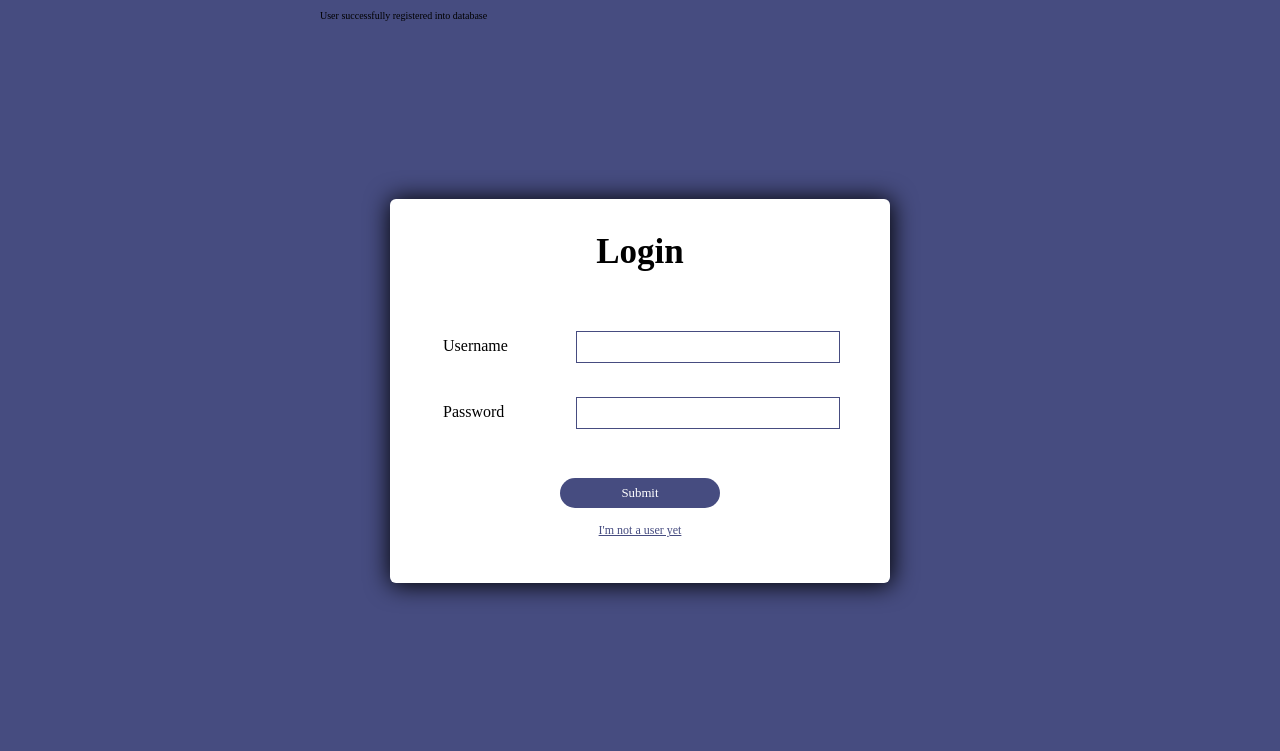
Repository: ivanmirandastavenuiter/jsp-raw-crud
Page: http://localhost/CH33TZ/index.jsp
The author's editor kept a copy of each file at every save. The page is drawn from the files as they stood at one save, then again after the next save.
The browser window is 1280 px wide. The pictures show the whole page.
Some web fonts or font styles are not loaded; a fallback is used. The page is served by Tomcat 9. Other server files are loaded and not shown.

Above is the page before, as saved 2020-05-12 14:39:59.

### CH33TZ/WebContent/index.jsp
<%@ page language="java" contentType="text/html; charset=UTF-8"
    pageEncoding="UTF-8" %>
<%@ page import="java.sql.Statement" %>
<%@ page import="java.sql.ResultSet" %>
<%@ page import="java.sql.DriverManager" %>
<%@ page import="java.sql.Connection" %>
<%@ page import="java.sql.PreparedStatement" %>
<%@ page import="java.util.logging.Logger" %>
<%@ page import="java.util.Map, java.util.HashMap" %>
<%@ page import="java.util.Collection" %>
<%@ page import="java.util.Set" %>
<%@ page import="java.util.Set" %>
<%@ taglib uri = "http://java.sun.com/jsp/jstl/core" prefix = "c" %>
<!DOCTYPE html>
<html>
<head>
<meta charset="UTF-8">
<title>Login</title>
<link href="https://fonts.googleapis.com/css?family=Merriweather&display=swap" rel="stylesheet">
<script type="module" src="Validations/ValidationLogin.mjs"></script>
<style>

	body {
		background: #464c80;
		margin: 0;
		padding: 0;
		height: 100vh;
		width: 100vw;
		font-size: 62.5%; /* This is equivalent to 10px */
		font-family: 'Merriweather', serif;
	}

	div.main-container-div {
		height: 100%;
	}

	div.register-result-container {

	}

	div.register-result-message {
		width: 50%;
		margin: 0 auto;

	}

	div.main-content-div {
		height: 100%;
		display: flex;
		justify-content: center;
		align-items: center;
	}

	div.form-container-div {
		border-radius: 6px;
		background: #fff;
		width: 500px;
		box-shadow: 1px 1px 25px 1px #000;
	}

	div.form-container-div form {
		padding: 10px 30px 30px 30px;
		font-size: 1.6em;
	}

	div.form-container-div .login-div {
		padding: 10px;
		text-align: center;
		border-radius: 5px 5px 0 0;
	}

	div.user-not-found-div {
		width: 400px;
		margin: 0 auto;
		opacity: 0; /* To 1 */
		transition: opacity .5s linear;
		font-size: 1.6em;
		height: 0; /* To auto */
	}

	p.user-not-found {
		margin: 0 auto;
		padding: 0; /* To 5 */
		width: 63%;
		font-size: .7em;
		border: 1px solid #e21010;
		color: #e21010;
		text-align: center;
		height: 0; /* To auto */
	}

	div.form-container-div .login-div h1 {
		font-size: 3.5em;
	}

	/* Inside form-container-div */

	.inputs-group-div {
		padding: 15px;
	}

	.inputs-group-div .input-div {
		width: 400px;
		display: flex;
		justify-content: space-between;
		align-items: center;
		margin: 0 auto;
	}

	.inputs-group-div .input-div .form-input {
		width: 63%;
		height: 20px;
		font-family: inherit;
		font-size: .8em;
		outline: none;
		border: 1px solid #464c80;
		padding: 5px;
	}

	.inputs-group-div div[class$="wrong-validation-div"] {
		display: flex;
		justify-content: flex-end;
		width: 400px;
		margin: 0 auto;
		opacity: 0;
		transition: opacity .5s linear;
	}

	.inputs-group-div div[class$="wrong-validation-div"] p {
		width: 63%;
		padding: 5px;
		font-size: .7em;
		border: 1px solid #e21010;
		color: #e21010;
	}

	.inputs-group-div .input-div label {
		height: 20px;
		padding: 3px;
	}

	.inputs-group-div .input-div .submit-btn {
		font-family: inherit;
		font-size: .8em;
		margin: 15px auto 5px auto;
		width: 40%;
		padding: 5px;
		color: #fff;
		background: #464c80;
		border-radius: 20px;
		height: 30px;
		border: none;
		transition: background-color .3s linear;
		outline: none;
	}

	.inputs-group-div .register-link-div {
		text-align: center;
	}

	.inputs-group-div .register-link-div span {
		font-size: 0.75em;
		display: block;
		margin-top: 10px;
	}

	.inputs-group-div .register-link-div span a {
	  	color: #464c80 !important;
	}

	/* Buttons, boxes and links interactions */

	.inputs-group-div .input-div .submit-btn:hover {
		background:#666dad;
	}

	.inputs-group-div .input-div .submit-btn:active {
		background: #272b50;
		transition: none;
		border: 1.5px solid #bfc4fd;
	}

	.inputs-group-div .input-div .form-input:focus {
		background: #d1d8f1;
		border: 1px solid #000;
	}

	.inputs-group-div .form-input:-internal-autofill-selected {
		background-color: #d1d8f1 !important;
		border: 1px solid #000 !important;
	}

	.inputs-group-div .input-div .submit-btn:focus {
		background: #272b50;
		transition: none;
		border: 1.5px solid #bfc4fd;
	}

	.inputs-group-div .register-link-div span a:visited,
	.inputs-group-div .register-link-div span a:active {
		color: inherit;
	}

</style>
</head>
<body>

	<c:set var = "contextPath" value="${pageContext.request.contextPath}" />

	<%

		Logger logger = Logger.getLogger(com.ch33tz.logger.JspLogger.class.getName());

		if (request.getMethod().equals("POST") && !(boolean)request.getAttribute("errors")) {

			logger.info("Starting validation on target page.");
			logger.info("POST request detected on target page. Applying validation against input data.");

			//Validation of the user input
			String username = request.getParameter("username");
			String password = request.getParameter("pass");
			String contextPath = "/";
			boolean validation = true;

			try {

				username = username != null ? username.trim() : null;
				password = password != null ? password.trim() : null;

				if (username == null || username.isEmpty()
						|| password == null || password.isEmpty()) {

					logger.info("Errors detected on target page. Proceeding to generate errors");

					Cookie usernameCookieError = null;
					Cookie passwordCookieError = null;

					if (username == null || username.isEmpty()) {
						logger.warning("Bad input for username. Populating cookie");
						usernameCookieError = new Cookie("username", "username");
						usernameCookieError.setMaxAge(1);
						response.addCookie(usernameCookieError);
						validation = false;
					}

					if (password == null || password.isEmpty() ) {
						logger.warning("Bad input for password. Populating cookie");
						passwordCookieError = new Cookie("password", "password");
						passwordCookieError.setMaxAge(1);
						response.addCookie(passwordCookieError);
						validation = false;
					}

				}

			} catch (Exception e) {

				logger.severe("Exception thrown on validation: " + e.getMessage());

			}

			if (validation) {

				Connection conn = null;
				PreparedStatement stmt = null;
				ResultSet rs = null;

				Map <String, String> userData = new HashMap<String, String>();

				try {

					// Driver registration gets autoloaded on JDBC 4.0 compliant versions:

					// * mysql-connector-java-5.1.36.jar version or higher
					// * jdk 6 or higher

					// However, it only gets loaded after second request. At least, in JSP.
					// This sentence is equivalent to: Class.forName("com.mysql.cj.jdbc.Driver")
					DriverManager.getDrivers();

					String sql = "SELECT * FROM user WHERE usUse = ? AND usPas = ?";
					conn = DriverManager.getConnection("jdbc:mysql://localhost:3306/ch33tz", "root", "");
					stmt = conn.prepareStatement(sql, ResultSet.TYPE_SCROLL_INSENSITIVE, ResultSet.CONCUR_READ_ONLY);
					stmt.setString(1, username);
					stmt.setString(2, password);
					rs = stmt.executeQuery();

					if (rs.first()) {

						logger.info("User found: " + rs.getString("usUse") + ". Populating user data.");

						userData.put("id", Integer.toString(rs.getInt("usId")));
						userData.put("name", rs.getString("usNam"));
						userData.put("surname", rs.getString("usSur"));
						userData.put("username", rs.getString("usUse"));
						userData.put("email", rs.getString("usEma"));

						logger.info("Redirecting to welcome page...");

						request.getSession().setAttribute("user", userData);
						response.sendRedirect(request.getContextPath() + "/JSP/welcome.jsp");

					} else {
						logger.warning("User not found. Populating cookie");
						logger.info("Returning to login form.");
						Cookie userNotFoundCookie = new Cookie("error", "user-not-found");
						userNotFoundCookie.setMaxAge(1);
						response.addCookie(userNotFoundCookie);
					}

				} catch (Exception e) {

					logger.severe("Main exception: " + e.getMessage());

				} finally {

					try {

						if (rs != null) {
							rs.close();
						}

						if (stmt != null) {
							stmt.close();
						}

						if (conn != null) {
							conn.close();
						}

					} catch(Exception e) {

						logger.severe("Nested exception: " + e.getMessage());

					}

				}

			}

		}

	%>

	<!-- Main container -->
	<div class="main-container-div">

		<!-- Errors container -->
		<div class="register-result-container">
			<div class="register-result-message">
				<p>User successfully registered into database</p>
				<c:if test="${ not empty message}">
					<p>${message}</p>
					<c:remove var="message" />
				</c:if>
			</div>
		</div>

		<!-- Main content -->
		<div class="main-content-div">

			<div class="form-container-div">

				<!-- Login div -->
				<div class="login-div">
					<h1>Login</h1>
				</div>

				<!-- User not found div -->
				<div class="user-not-found-div">
					<p class="user-not-found"></p>
				</div>

				<!-- Form -->
				<form name="loginForm" method="post">

					<div class="inputs-group-div">

						<!-- Input items -->
						<div class="input-div">
							<label for="username">Username</label>
							<input class="form-input" type="text" name="username"/>
						</div>

						<div class="username-wrong-validation-div">
							<p class="username-wrong-validation"></p>
						</div>

						<div class="input-div">
							<label for="pass">Password</label>
							<input class="form-input" type="password" name="pass"/>
						</div>

						<div class="password-wrong-validation-div">
							<p class="password-wrong-validation"></p>
						</div>

						<div class="input-div">
							<input class="submit-btn" type="submit" value="Submit"/>
						</div>

						<div class="register-link-div">
							<span><a href="register.jsp">I'm not a user yet</a></span>
						</div>

					</div>

				</form>

			</div>

		</div>

	</div>



</body>
</html>

### CH33TZ/WebContent/Validations/ValidationLogin.mjs
/**
 * Name: ValidationLogin
 *
 * Author: Ivan Miranda Stavenuiter
 * MKNA
 *
 */

import { ValidationException } from '../Exceptions/ValidationException.mjs';
import { ValidationFormException } from '../Exceptions/ValidationFormException.mjs';

document.addEventListener("DOMContentLoaded", function() {

	var availableCookies = document.cookie;

	var loginForm = document.getElementsByName("loginForm")[0];
	var submit = false;
	var validation = true;

	var username = document.getElementsByName("username")[0];
	var pass = document.getElementsByName("pass")[0];
	var wrongUsernameNode = document.getElementsByClassName("username-wrong-validation")[0];
	var wrongPassNode = document.getElementsByClassName("password-wrong-validation")[0];
	var inputNodes = document.getElementsByClassName("form-input");

	var inputsMap = new Map();
	inputsMap.set(username, wrongUsernameNode)
			 .set(pass, wrongPassNode);

	// Main function on submit
	loginForm.onsubmit = function(e) {

		e.preventDefault();

		try {

			validation = true;
			inputsMap.forEach(validateInputs);

			if (!validation) {
				return false;
			} else {
				this.submit();
			}

		} catch (err) {

			console.log('Exception thrown by parent try/catch block: ');
			console.log('Name: ' + err.name);
			console.log('Description: ' + err.message);
			console.log('Stack: ' + err.stack);

		}

	};

	// Function triggered on submit
	function validateInputs(value, key, map) {

		try {

			submit = true;

			if (key.name === 'username' && key.value.trim() === '') {

				throw new ValidationFormException(ValidationException.WARNING,
												  ValidationException.USERNAME_EMPTY_FIELD,
												  value);

			} else if (key.name === 'pass' && key.value.trim() === '') {

				throw new ValidationFormException(ValidationException.WARNING,
												  ValidationException.PASSWORD_EMPTY_FIELD,
												  value);

			}

		} catch(validationFormException) {

			if (validationFormException instanceof ValidationFormException) {
				validationFormException.handleLoginErrorOnSubmit();
				validation = false;
			} else {
				throw validationFormException;
			}

		}

	}

	// This check values after submit
	function validateInputsAfterSubmit(value, key, map) {

		key.onkeyup = function() {

			try {

				let resetNode = (value) => {
					value.innerText = '';
					value.parentElement.style.transition = 'none';
					value.parentElement.style.opacity = 0;
				}

				if (submit) {

					let descriptionType = value.className.substring(0,4);

					if (descriptionType === 'user') {

						if (key.value.trim().length > 0) {
							resetNode(value);
						} else {
							throw new ValidationFormException(ValidationException.WARNING,
															  ValidationException.USERNAME_EMPTY_FIELD,
															  value);
						}

					}

					if (descriptionType === 'pass') {

						if (key.value.trim().length > 0) {
							resetNode(value);
						} else {
							throw new ValidationFormException(ValidationException.WARNING,
															  ValidationException.PASSWORD_EMPTY_FIELD,
															  value);
						}

					}

				}

			} catch(validationFormException) {

				if (validationFormException instanceof ValidationFormException) {
					validationFormException.handleLoginErrorAfterSubmit();
					validation = false;
				} else {
					throw validationFormException;
				}

			}

		}
	}

	inputsMap.forEach(validateInputsAfterSubmit);

	// Control errors from server if detected
	var controlErrorsFromServer = () => {

		try {

			let errorsArray = [];
			let usernameWrongMessageNode = document.querySelector("p.username-wrong-validation");
			let passwordWrongMessageNode = document.querySelector("p.password-wrong-validation");
			let userNotFoundMessageNode = document.querySelector("p.user-not-found");

			submit = true;

			errorsArray.push(getCookie('username'));
			errorsArray.push(getCookie('password'));
			errorsArray.push(getCookie('error'));

			var errorsList = (value, key, map) => {

				try {

					if (value.trim() === "username") {

						throw new ValidationFormException(ValidationException.WARNING,
								  ValidationException.USERNAME_EMPTY_FIELD,
								  usernameWrongMessageNode);

					}

					if (value.trim() === "password") {

						throw new ValidationFormException(ValidationException.WARNING,
								  ValidationException.PASSWORD_EMPTY_FIELD,
								  passwordWrongMessageNode);

					}

					if (value.trim() === "user-not-found") {

						throw new ValidationFormException(ValidationException.WARNING,
								  ValidationException.USER_NOT_FOUND,
								  userNotFoundMessageNode);

					}

				} catch(validationFormException){
					if (validationFormException instanceof ValidationFormException) {
						if (value.trim() === "user-not-found") {
							validationFormException.handleUserNotFoundError();
						} else {
							validationFormException.handleLoginErrorAfterSubmit();
						}
					} else {
						throw validationFormException;
					}

				}

			}

			errorsArray.forEach(errorsList);

		} catch(err) {

			console.log('Exception thrown while performing control over server data.');
			console.log('Name: ' + err.name);
			console.log('Description: ' + err.message);
			console.log('Stack: ' + err.stack);

		}

	}

	// Snippet to get cookies by name
	var getCookie = (cookieName) => {

		let cookieNameStartingIndex = availableCookies.indexOf(cookieName);
		let cookieValueStartingIndex = cookieNameStartingIndex + cookieName.length + 1;
		let charIndex = cookieValueStartingIndex;
		let endIndex = availableCookies.length;
		let cookieValue = '';

		if (cookieNameStartingIndex != -1) {

			while(availableCookies.charAt(charIndex) != ";" && charIndex != endIndex) {
				cookieValue += availableCookies.charAt(charIndex);
				charIndex++;
			}

			return cookieValue.trim();

		} else {

			return 'Cookie not found';

		}

	}

	// If cookies detected, validation thrown
	if (availableCookies != undefined && availableCookies != '') {
		controlErrorsFromServer();
	}

});

### CH33TZ/WebContent/Exceptions/ValidationException.mjs
/**
 * Name: ValidationException
 *
 * Author: Ivan Miranda Stavenuiter
 * MKNA
 *
 */

export class ValidationException extends Error {

	constructor(message) {
		super(message);
	}

	// Messages for exceptions
	static get WARNING() { return 'There has been an error on the validation process' };

	static get NAME_EMPTY_FIELD() { return 'Name field cannot be empty' };
	static get SURNAME_EMPTY_FIELD() { return 'Surname field cannot be empty' };
	static get USERNAME_EMPTY_FIELD() { return 'Username field cannot be empty' };
	static get PHONE_EMPTY_FIELD() { return 'Phone field cannot be empty' };
	static get EMAIL_EMPTY_FIELD() { return 'Email field cannot be empty' };
	static get PASSWORD_EMPTY_FIELD() { return 'Password field cannot be empty' };
	static get CONFIRM_EMPTY_FIELD() { return 'Confirm field cannot be empty' };
	static get PHONE_NOT_MATCH() { return 'Phone does not match requirements' };
	static get EMAIL_NOT_MATCH() { return 'Email does not match requirements' };
	static get USERNAME_EXISTS() { return 'Username already exists' };
	static get EMAIL_EXISTS() { return 'Email already exists' };
	static get PHONE_EXISTS() { return 'Phone already exists' };
	static get PASSWORD_NOT_MATCH() { return 'Password does not match requirements: one lowercase, one uppercase, one number and one special character. 8 characters length' };
	static get PASSWORD_NOT_EQUAL() { return 'Passwords don\'t match' };
	static get USER_NOT_FOUND() { return 'User not found in the database' };

}

### CH33TZ/WebContent/Exceptions/ValidationFormException.mjs
/**
 * Name: ValidationFormException
 *
 * Author: Ivan Miranda Stavenuiter
 * MKNA
 *
 */

import { ValidationException } from './ValidationException.mjs';

export class ValidationFormException extends ValidationException {

	constructor(message, description, htmlNode) {
		super(message);
		this.name = 'ValidationFormError';
		this.description = description;
		this.htmlNode = htmlNode;
	}

	handleRegisterErrorOnSubmit() {

		let inputContainerNode = this.htmlNode;
		let spanErrorTag = inputContainerNode.children[0].children[0];

		spanErrorTag.innerText = this.description;
		inputContainerNode.style.opacity = 1;

	}

	handleRegisterErrorAfterSubmit() {

		let inputContainerNode = this.htmlNode;
		let spanErrorTag = inputContainerNode.children[0].children[0];

		spanErrorTag.innerText = this.description;
		inputContainerNode.style.transition = 'opacity .5s linear';
		inputContainerNode.style.opacity = 1;

	}

	handleLoginErrorOnSubmit() {

		let wrongMessageNode = this.htmlNode;

		wrongMessageNode.innerText = this.description;
		wrongMessageNode.parentElement.style.opacity = 1;

	}

	handleLoginErrorAfterSubmit() {

		let wrongMessageNode = this.htmlNode;

		wrongMessageNode.parentElement.style.transition = 'opacity .5s linear';
		wrongMessageNode.parentElement.style.opacity = 1;
		wrongMessageNode.innerText = this.description;

	}

	handleUserNotFoundError() {

		let wrongMessageNode = this.htmlNode;

		wrongMessageNode.parentElement.style.transition = 'opacity .5s linear';
		wrongMessageNode.parentElement.style.opacity = 1;
		wrongMessageNode.parentElement.style.height = 'auto';
		wrongMessageNode.innerText = this.description;
		wrongMessageNode.style.padding = '5px';
		wrongMessageNode.style.height = 'auto';

	}

}

After the next save:
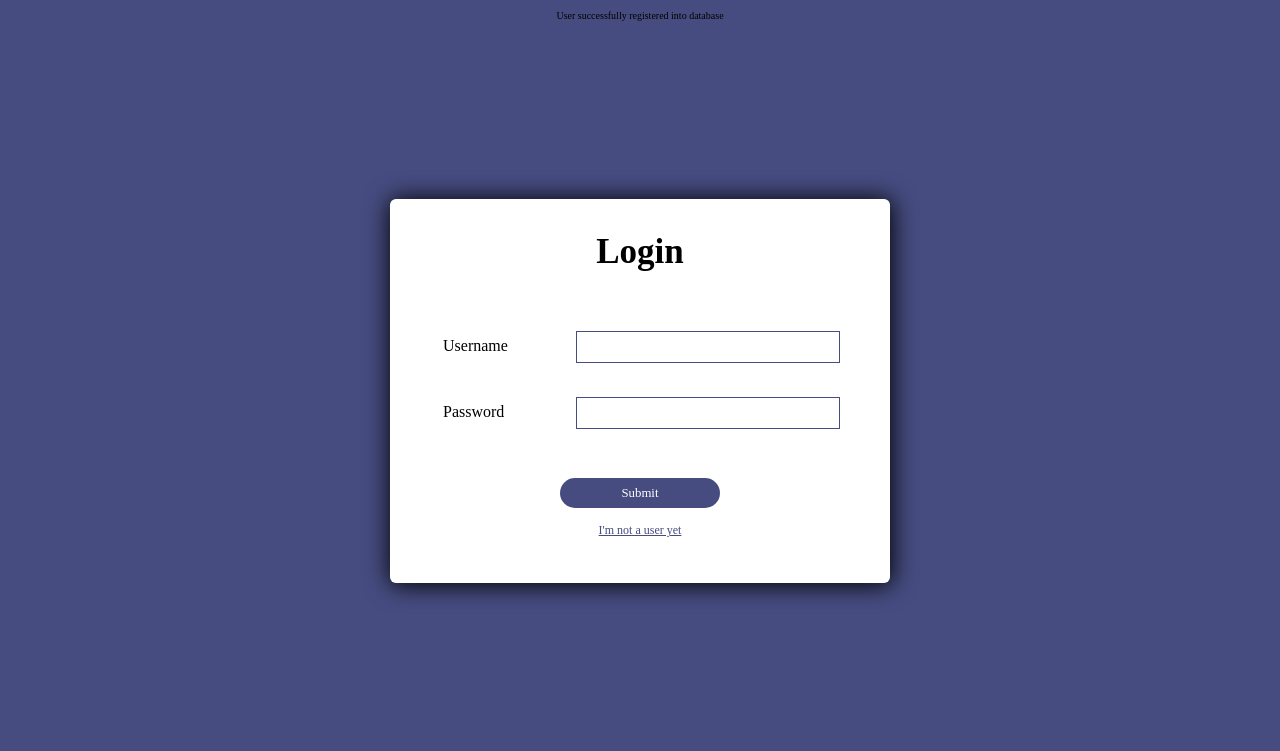
Saved 21 s later.
--- a/CH33TZ/WebContent/index.jsp
+++ b/CH33TZ/WebContent/index.jsp
@@ -44,6 +44,10 @@
 
 	}
 
+	div.register-result-message p {
+		text-align: center;
+	}
+
 	div.main-content-div {
 		height: 100%;
 		display: flex;
